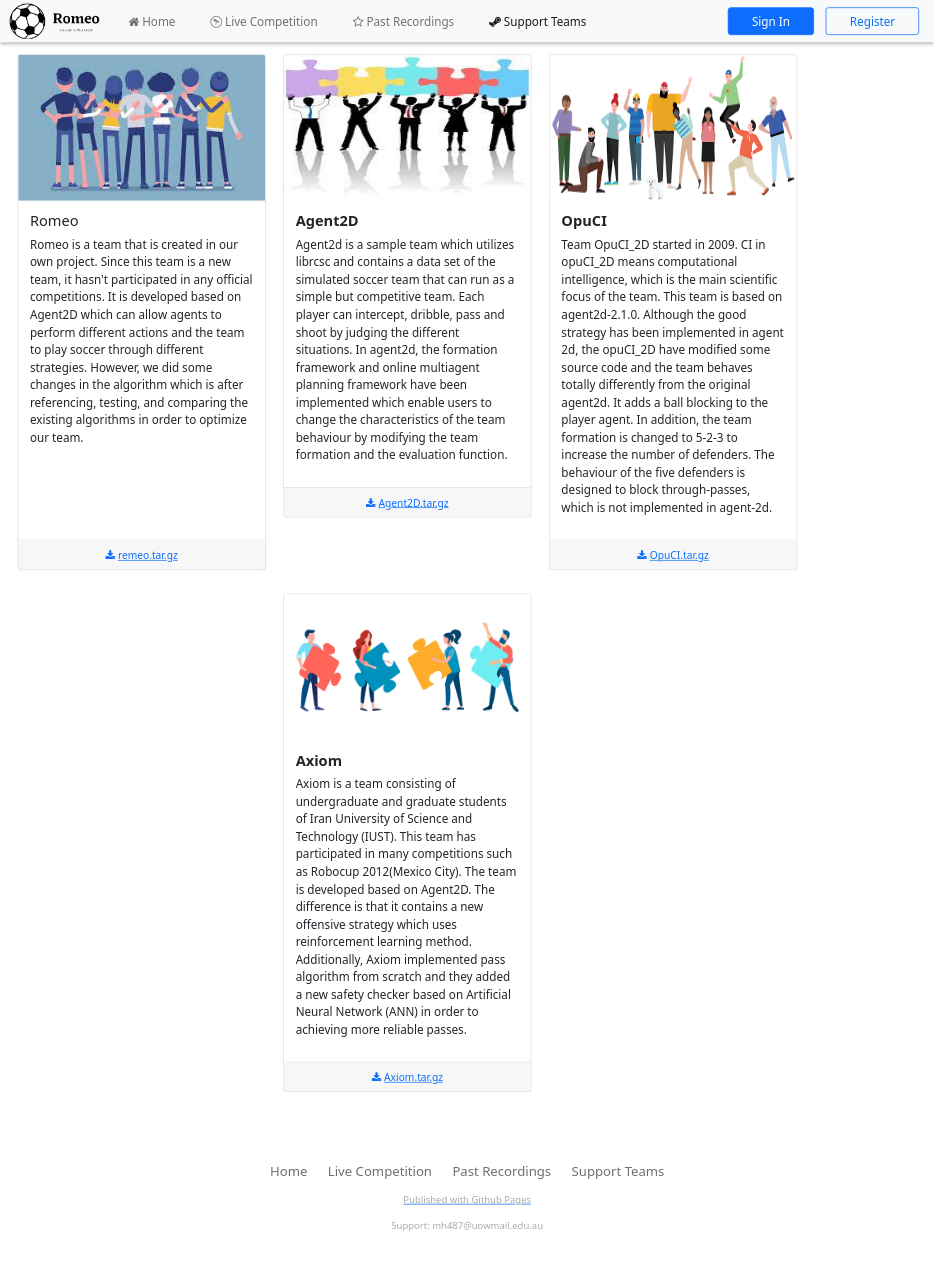
Repository: romeoonlinesim/romeoonlinesim.github.io
Page: /teams (app in client/)
The author's editor kept a copy of each file at every save. The page is drawn from the files as they stood at one save, then again after the next save.
The browser window is 1280 px wide. The page is 1280 px wide, then 1292 px, so the pictures cover 1292 px, including what lies to the right of the window. The pictures show the whole page, at 73% of full size.
The page's requests for data from a server got no answer. The project was rebuilt for these pictures with package versions that can differ from the ones it lists, and the page was loaded fresh each time. No one was signed in, and anything a server would have sent is missing. Also part of the build but not shown: client/src/home/Home.jsx, client/src/competition/Competition.scss, client/src/competition/Competition.jsx, client/src/recordings/Recordings.jsx, client/src/teams/Teams.scss, client/src/login/Login.scss, client/src/login/Login.jsx, client/src/register/Register.jsx.

Above is the page before, as saved 2021-07-14 21:54:20.

### client/src/App.js
import React, { useState, useEffect, useRef } from "react";
import socketIOClient from "socket.io-client";
import { Route, Switch } from "react-router-dom";

import Navbar from "./common/navbar";
import Footer from "./common/footer";
import Home from "./home/Home";
import Competition from "./competition/Competition";
import Recordings from "./recordings/Recordings";
import Teams from "./teams/Teams";
import Login from "./login/Login";
import Register from "./register/Register";

import "./App.scss";

const host = "http://localhost:3000";

function App() {
  const [mess, setMess] = useState([]);
  const [message, setMessage] = useState('');
  const [id, setId] = useState();

  const socketRef = useRef();
  const messagesEnd = useRef();

  useEffect(() => {
    socketRef.current = socketIOClient.connect(host);

    socketRef.current.on("getId", data => {
      setId(data);
    });

    socketRef.current.on("sendDataServer", dataGot => {
      //if there are new messages, mess will be re-rendered
      setMess(oldMsgs => [...oldMsgs, dataGot.data]);
      scrollToBottom();
    });


    return () => {
      socketRef.current.disconnect();
    };
  }, []);

  const sendMessage = () => {
    if (message !== null) {
      const msg = {
        content: message,
        id: id
      }

      socketRef.current.emit("sendDataClient", msg);
      setMessage();
    }
  }

  const renderMess = mess.map((m, index) =>
    <div key={index} className={`${m.id === id ? 'your-message' : 'other-people'} chat-item`}>
      {m.content + m.id}
    </div>
  );

  const handleChange = (e) => {
    setMessage(e.target.value);
  }

  const onEnterPress = (e) => {
    if (e.keyCode === 13 && e.shiftKey === false) {
      sendMessage();
    }
  }

  const scrollToBottom = () => {
    messagesEnd.current.scrollIntoView({behavior: "smooth"});
  }

  const Main = () => (
    <Switch>
      <Route exact path="/" component={Home}></Route>
      <Route exact path="/competition" component={Competition}></Route>
      <Route exact path="/recordings" component={Recordings}></Route>
      <Route exact path="/teams" component={Teams}></Route>
      <Route exact path="/login" component={Login}></Route>
      <Route exact path="/register" component={Register}></Route>
    </Switch>
  );

  return (
    <div>
      <Navbar />
      <Main />
      <Footer />
    </div>
  );
}


  /*return (
    <div>


    <Navbar />
    <div class="box-chat">
    <div class="box-chat_message">
        {renderMess}
        <div style={{ float:"left", clear: "both" }}
              ref={messagesEnd}>
          </div>
    </div>

    <div class="send-box">
        <textarea
          value={message}
          onKeyDown={onEnterPress}
          onChange={handleChange}
          placeholder="Enter your message ..."
        />
        <button onClick={sendMessage}>
          Send
        </button>
    </div>
  </div>
  </div>);*/

export default App;

### client/src/common/navbar.jsx
import React from "react";
import {NavLink} from "react-router-dom";
import 'bootstrap/dist/css/bootstrap.min.css';
import 'font-awesome/css/font-awesome.min.css';
import "./navbar.scss";
import logo from "../img/logo-romeo-header.png";

class Navbar extends React.Component {
    render() {
        return (
        <nav className="navbar navbar-expand-lg navbar-light bg-light">
            <a href="index.html" className="navbar-brand">
                <img id="logo" src={logo} alt="Romeo Online Simulation"/>
            </a>
            <div className="collapse navbar-collapse" id="navbarSupportedContent">
            <ul className="navbar-nav mr-auto">
                <li className="nav-item">
                    <NavLink exact activeClassName="active" to="/" className="nav-link">
                        <i className="fa fa-home"></i>
                        Home
                    </NavLink>
                </li>
                <li className="nav-item">
                    <NavLink exact activeClassName="active" to="/competition" className="nav-link">
                        <i className="fa fa-wpexplorer"></i>
                        Live Competition
                    </NavLink>
                </li>
                <li className="nav-item">
                    <NavLink exact activeClassName="active" to="/recordings" className="nav-link">
                        <i className="fa fa-star-o"></i>
                        Past Recordings
                    </NavLink>
                </li>
                <li className="nav-item">
                    <NavLink exact activeClassName="active" to="/teams" className="nav-link">
                        <i className="fa fa-steam"></i>
                        Support Teams
                    </NavLink>
                </li>
            </ul>
            </div>
            <div id="navbar-right" className="navbar-right">
                <ul className="navbar-nav mr-auto">
                    <li className="nav-item">
                        <NavLink to="/login" id="login" className="btn btn-primary">Sign In</NavLink>
                    </li>
                    <li className="nav-item">
                        <NavLink to="/register" id="register" className="btn btn-outline-primary">Register</NavLink>
                    </li>
                </ul>
            </div>
        </nav>
        );
    }
}

export default Navbar;

### client/src/common/footer.jsx
import React from "react";
import "./footer.scss";

class Footer extends React.Component {
    render() {
        return (
            <div className="footer-basic">
                <footer>
                    <ul className="list-inline">
                        <li className="list-inline-item"><a href="#">Home</a></li>
                        <li className="list-inline-item"><a href="#">Live Competition</a></li>
                        <li className="list-inline-item"><a href="#">Past Recordings</a></li>
                        <li className="list-inline-item"><a href="#">Support Teams</a></li>
                    </ul>
                    <div className="text-center"><a href="https://www.github.com/" target="_blank">
                        <p className="copyright">Published with Github Pages</p>
                        </a></div><a target="_blank">
                        <p className="copyright">Support: mh487@uowmail.edu.au</p>
                    </a>
                </footer>
            </div>
        );
    }
}

/*<a href="https://www.github.com/" target="_blank" rel="noreferrer">
                            <p className="copyright">Published with Github Pages</p>
                        </a>

<a href="mailto:mh487@uowmail.edu.au" target="_blank" rel="noreferrer">
                        <p className="copyright">Support: mh487@uowmail.edu.au</p>
                    </a>*/
export default Footer;

### client/src/teams/Teams.jsx
import React from "react";

import img1 from "../img/1.jpg";
import img2 from "../img/2.jpg";
import img3 from "../img/3.png";
import img4 from "../img/4.jpg";

import "./Teams.scss";

class Teams extends React.Component {
    render() {
        return (
            <div className="container row">
                <div className="col-4 py-3 mx-auto col-xl-4 col-lg-6 col-md-6 col-sm-12" style={{minWidth: '300px', minHeight: '300px'}}>
                <div className="card" style={{width: '100%', height: '100%'}}><a href="#"><img className="img-fluid card-img-top" style={{height: '200px'}} src={img1} /></a>
                    <div className="card-body">
                    <h5>Romeo</h5>
                    <p>Romeo is a team that is created in our own project. Since this team is a new team, it hasn't participated in any official competitions. It is developed based on Agent2D which can allow agents to perform different actions and the team to play soccer through different strategies. However, we did some changes in the algorithm which is after referencing, testing, and comparing the existing algorithms in order to optimize our team.</p>
                    </div>
                    <div className="card-footer text-center"><small><a href="#"><i className="fa fa-download pe-1" />remeo.tar.gz<br /></a></small></div>
                </div>
                </div>
                <div className="col-4 py-3 mx-auto col-xl-4 col-lg-6 col-md-6 col-sm-12" style={{minWidth: '300px', minHeight: '300px'}}>
                <div className="card"><a href="#"><img className="card-img-top" style={{height: '200px'}} src={img2} /></a>
                    <div className="card-body">
                    <h5><strong>Agent2D</strong><br /></h5>
                    <p>Agent2d is a sample team which utilizes librcsc and contains a data set of the simulated soccer team that can run as a simple but competitive team. Each player can intercept, dribble, pass and shoot by judging the different situations. In agent2d, the formation framework and online multiagent planning framework have been implemented which enable users to change the characteristics of the team behaviour by modifying the team formation and the evaluation function.</p>
                    </div>
                    <div className="card-footer text-center"><small><a href="#"><i className="fa fa-download pe-1" />Agent2D.tar.gz<br /></a></small></div>
                </div>
                </div>
                <div className="col-4 py-3 mx-auto col-xl-4 col-lg-6 col-md-6 col-sm-12" style={{minWidth: '300px', minHeight: '300px'}}>
                <div className="card"><a href="#"><img className="card-img-top" style={{height: '200px'}} src={img3} /></a>
                    <div className="card-body">
                    <h5><strong>OpuCI</strong></h5>
                    <p>Team OpuCI_2D started in 2009. CI in opuCI_2D means computational intelligence, which is the main scientific focus of the team. This team is based on agent2d-2.1.0. Although the good strategy has been implemented in agent 2d, the opuCI_2D have modified some source code and the team behaves totally differently from the original agent2d. It adds a ball blocking to the player agent. In addition, the team formation is changed to 5-2-3 to increase the number of defenders. The behaviour of the five defenders is designed to block through-passes, which is not implemented in agent-2d.</p>
                    </div>
                    <div className="card-footer text-center"><small><a href="#"><i className="fa fa-download pe-1" />OpuCI.tar.gz<br /></a></small></div>
                </div>
                </div>
                <div className="col-4 py-3 mx-auto col-xl-4 col-lg-6 col-md-6 col-sm-12" style={{minWidth: '300px', minHeight: '300px'}}>
                <div className="card"><a href="#"><img className="card-img-top" style={{height: '200px'}} src={img4} /></a>
                    <div className="card-body">
                    <h5><strong>Axiom</strong></h5>
                    <p>Axiom is a team consisting of undergraduate and graduate students of Iran University of Science and Technology (IUST). This team has participated in many competitions such as Robocup 2012(Mexico City). The team is developed based on Agent2D. The difference is that it contains a new offensive strategy which uses reinforcement learning method. Additionally, Axiom implemented pass algorithm from scratch and they added a new safety checker based on Artificial Neural Network (ANN) in order to achieving more reliable passes.</p>
                    </div>
                    <div className="card-footer text-center"><small><a href="#"><i className="fa fa-download pe-1" />Axiom.tar.gz<br /></a></small></div>
                </div>
                </div>
            </div>
        );
    }
}

export default Teams;

### client/src/App.scss
.App {
  text-align: center;
  background: linear-gradient(gray, black);

}

.chat-item {
  width: 50%;
}
.your-message {
  background: #009bff;
  margin: 1em;
  border-radius: 1em;
  padding: 1em;
  color: white;
  float: right;
}

.other-people {
  background: #868686;
  margin: 1em;
  border-radius: 1em;
  padding: 1em;
  color: white;
  text-align: left;
  float: left;
}

.box-chat_message {
  min-height: 60vh;
  max-height: 60vh;
  overflow-y: auto;

}
.box-chat {
  width:70%;
  margin: 0 auto;
  margin-top: 100px;
  box-shadow: 0 0 10px 0 black;
  border-radius: 1em;
}

.send-box {
  width: 100%;
  padding: 1em;
}

textarea {
  width: 80%;
  margin: 0;
  padding: 0.5em;
  background: #ebf5ff;
  border-radius: 2em;
  display: flex;
  float: left;
}

button {
  width: 10%;
  background: #6650ff;
  color: white;
  margin-left: 10px;
  border: none;
  border-radius: 1em;
  cursor: pointer;
  padding: 1em;
  text-align: center;

}
button:hover {
  background: black;
}
textarea:focus {outline:0;}


/* width */
::-webkit-scrollbar {
  width: 5px;
}

/* Track */
::-webkit-scrollbar-track {
  background: #f1f1f1;
}

/* Handle */
::-webkit-scrollbar-thumb {
  background: #dadada;
  border-radius: 1em;

}

/* Handle on hover */
::-webkit-scrollbar-thumb:hover {
  background: #555;
}

### client/src/common/navbar.scss
.navbar {
	padding-left: 1%;
	padding-right: 1%;
	padding-top: 0%;
	padding-bottom: 0%;
	box-shadow: 0px 4px 4px rgba(0, 0, 0, 0.25);

    i {
        padding-right: 4px;
    }
}
.navbar-nav {
	>li {
		padding-left: 16px;
		padding-right: 16px;
	}
}
.navbar-right {
    li {
        padding-left: 8px;
        padding-right: 8px;
    }
	a {
		padding-left: 32px;
		padding-right: 32px;
	}
}

#logo {
    height: 3rem;
    width:auto;
}

### client/src/common/footer.scss
.footer-basic {
    padding: 40px 0;
    background-color: #ffffff;
    color: #4b4c4d;
  }

.footer-basic ul {
padding: 0;
list-style: none;
text-align: center;
font-size: 18px;
line-height: 1.6;
margin-bottom: 0;
}

.footer-basic li {
padding: 0 10px;
}

.footer-basic ul a {
color: inherit;
text-decoration: none;
opacity: 0.8;
}

.footer-basic ul a:hover {
opacity: 1;
}

.footer-basic .social {
text-align: center;
padding-bottom: 25px;
}

.footer-basic .social > a {
font-size: 24px;
width: 40px;
height: 40px;
line-height: 40px;
display: inline-block;
text-align: center;
border-radius: 50%;
border: 1px solid #ccc;
margin: 0 8px;
color: inherit;
opacity: 0.75;
}

.footer-basic .social > a:hover {
opacity: 0.9;
}

.footer-basic .copyright {
margin-top: 15px;
text-align: center;
font-size: 13px;
color: #aaa;
margin-bottom: 0;
}

### client/src/home/Home.scss
@import url("https://fonts.googleapis.com/css?family=Montserrat");
@import url("https://fonts.googleapis.com/css?family=Comfortaa");

@media (min-width: 768px) {
    .backgroundimages {
      height: 380px;
      width: 100%;
      background-position: center;
      background-repeat: no-repeat;
      background-size: cover;
      background-image: url("../img/bg-1.png");
    }
  }

  @media (max-width: 767px) {
    .backgroundimages {
      width: 100%;
      height: 300px;
      background-position: center;
      background-size: cover;
      background-image: url("../img/bg-1.png");
    }
  }

  @media (min-width: 1500px) {
    .backgroundimages {
      width: 100%;
      height: 500px;
      background-position: center;
      background-size: cover;
      background-image: url("../img/bg-1.png");
    }
  }


  .background-img {
    max-width: 100%;
    height: auto;
  }

  #logo {
    max-height: 3rem;
    width:auto;
  }


  .text {
    align-items: center;
    display:grid;
    grid-row-gap: 0%;
  }

  h3 {
    font-weight: bold;
  }

  .para {
    font-family: Montserrat;
    font-style: normal;
    font-weight: normal;
    font-size: 32px;
    line-height: 50px;
    margin-bottom: 0%;
    /* or 139% */

    letter-spacing: -0.015em;

    color: rgba(0, 0, 0, 0.8);

    text-indent: 3%;
  }

  .row {
    padding-bottom: 3%;
  }

  .no-padding {
    padding-bottom: 0.25%;
  }

  .padding-1 {
    padding-bottom: 1%;
  }

  .padding-2 {
    padding-bottom: 2%;
  }

  .footer {
    background: #555555;
    max-height: min-content;
  }

  .support-text {
    font-family: Comfortaa;
    font-style: normal;
    font-weight: normal;
    font-size: 23.4444px;
    line-height: 32px;
    align-items: center;
    text-align: center;
    letter-spacing: -0.015em;

    color: #FFFFFF;
  }

  .support-email {
    font-family: Comfortaa;
    font-style: normal;
    font-weight: normal;
    font-size: 16px;
    display: flex;
    flex-direction: column;
    justify-content: flex-end;
    text-align: right;
    letter-spacing: -0.015em;

    color: #FFFFFF;
    padding-right: 0%;
    padding-left: 0%;
  }

  .github-text {
    font-family: Comfortaa;
    font-style: normal;
    font-weight: normal;
    font-size: 16px;
    display: flex;
    flex-direction: column;
    justify-content: flex-end;
    text-align: left;
    letter-spacing: -0.015em;

    color: #FFFFFF;
    padding-right: 0%;
    padding-left: 0%;
  }

  .line {
    height: 1px;
    border-width: 1px;
    border-style: solid;
    border-color: rgba(0, 0, 0, 0.25);
    padding-bottom: 0px;
  }


  .right {
    text-align: right;
    float: right;
  }

  .grey {
    background: #F5F5F5;
  }

  .container-fluid {
    max-width: 75%;
  }

  .watermark {
    position: absolute;

    right: 1%;
    top: 10%;

    font-family: Montserrat;
    font-style: italic;
    font-weight: bold;
    font-size: 60px;
    line-height: 80px;
    /* identical to box height, or 143% */

    text-align: center;
    letter-spacing: -0.015em;
  }

Loaded but not shown: client/public/index.html (common file); client/src/index.js (common file); client/src/index.css (common file); client/src/reportWebVitals.js (common file); client/src/recordings/Recordings.scss (no stored copy; drawn as an empty file); client/src/register/Register.scss (no stored copy; drawn as an empty file)

After the next save:
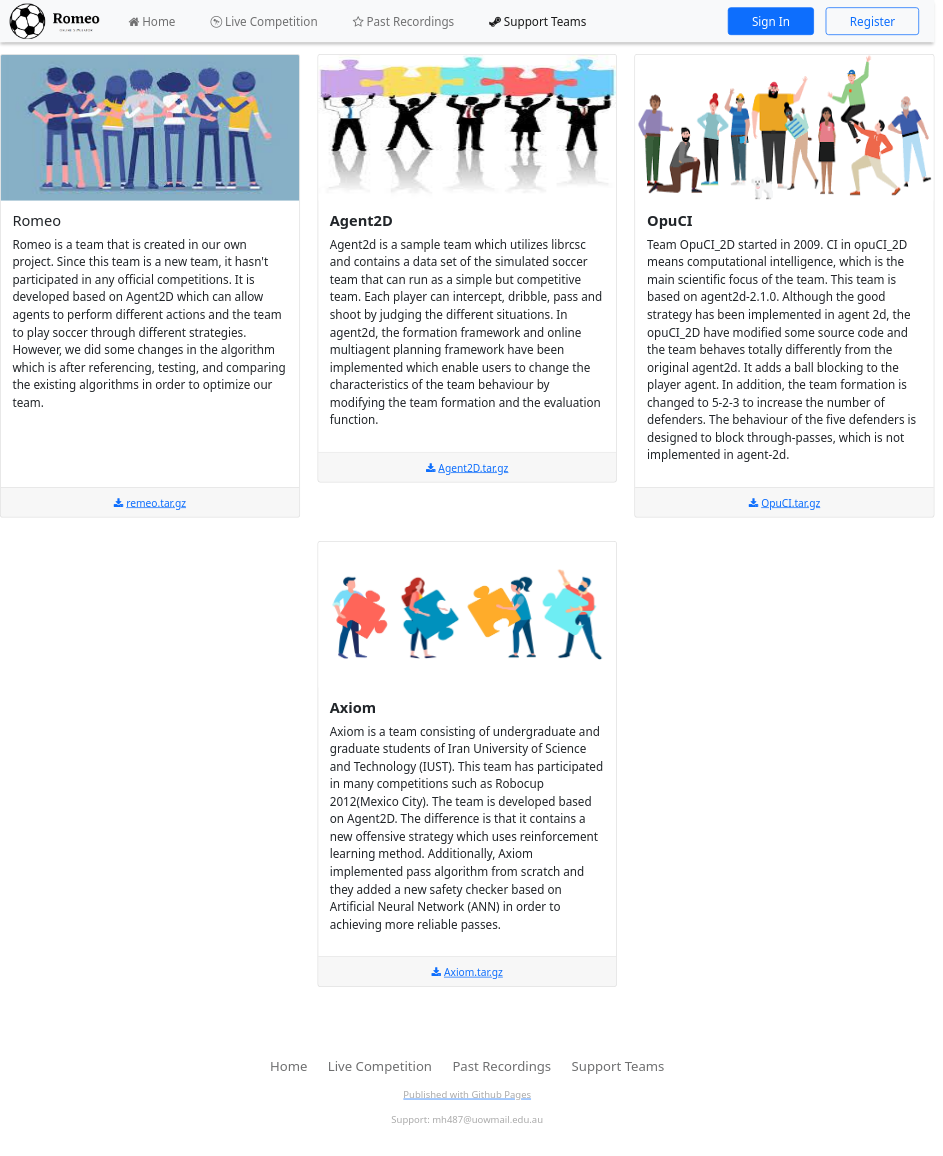
Saved 53 s later.
--- a/client/src/teams/Teams.jsx
+++ b/client/src/teams/Teams.jsx
@@ -10,7 +10,7 @@
 class Teams extends React.Component {
     render() {
         return (
-            <div className="container row">
+            <div className="row">
                 <div className="col-4 py-3 mx-auto col-xl-4 col-lg-6 col-md-6 col-sm-12" style={{minWidth: '300px', minHeight: '300px'}}>
                 <div className="card" style={{width: '100%', height: '100%'}}><a href="#"><img className="img-fluid card-img-top" style={{height: '200px'}} src={img1} /></a>
                     <div className="card-body">
